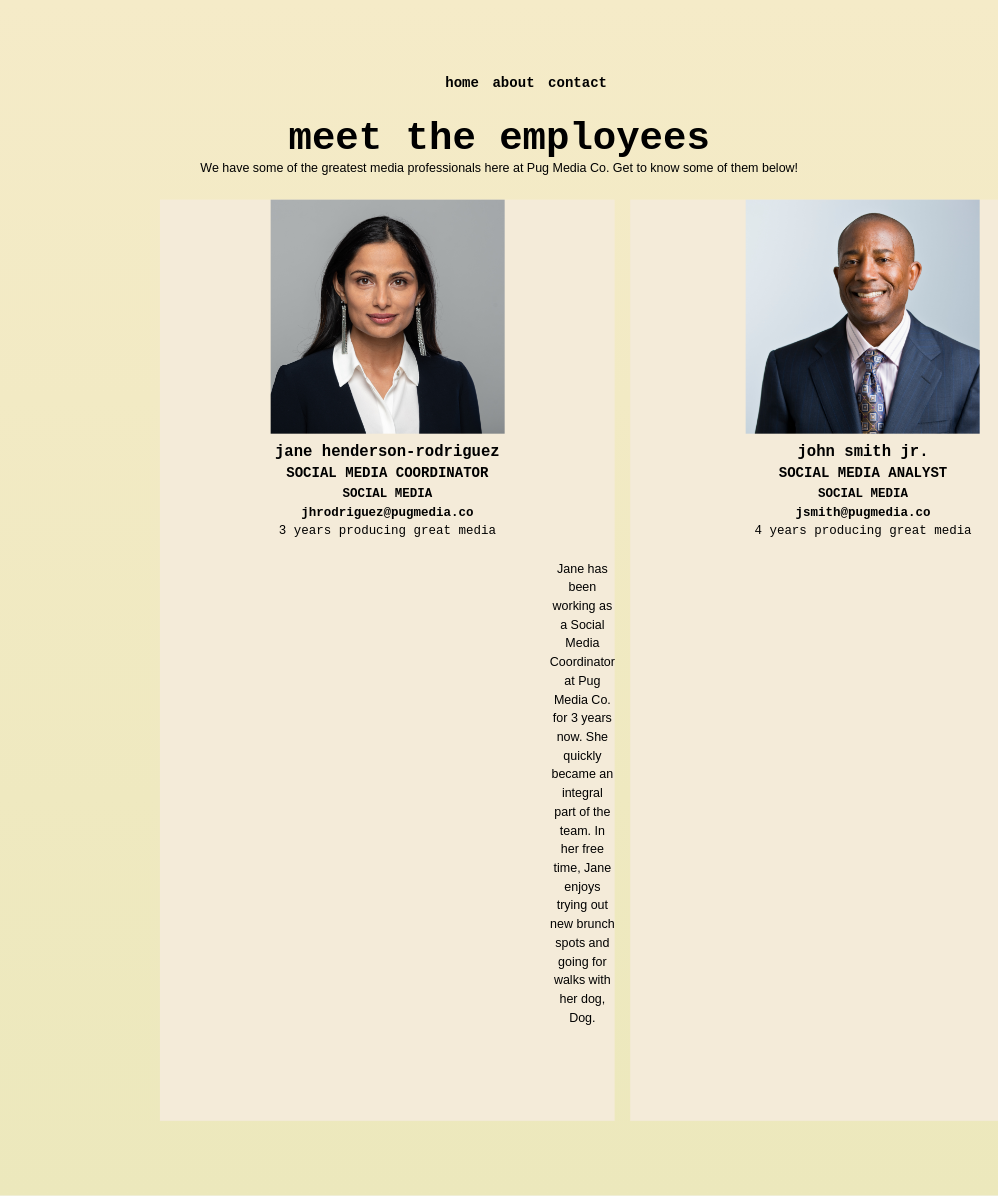
Repository: cheungglenda/MDIA2109-Week3
Page: /about
The author's editor kept a copy of each file at every save. The page is drawn from the files as they stood at one save, then again after the next save.
The browser window is 1280 px wide. The pictures show the whole page, at 78% of full size.
Pictures or frames that could not be fetched are drawn as grey boxes. The project was rebuilt for these pictures with package versions that can differ from the ones it lists, and the page was loaded fresh each time. The framework's server and built-in components were replaced by stand-ins that run in the browser. Also part of the build but not shown: next.config.js.

Above is the page before, as saved 2023-01-20 13:12:49.

After the next save:
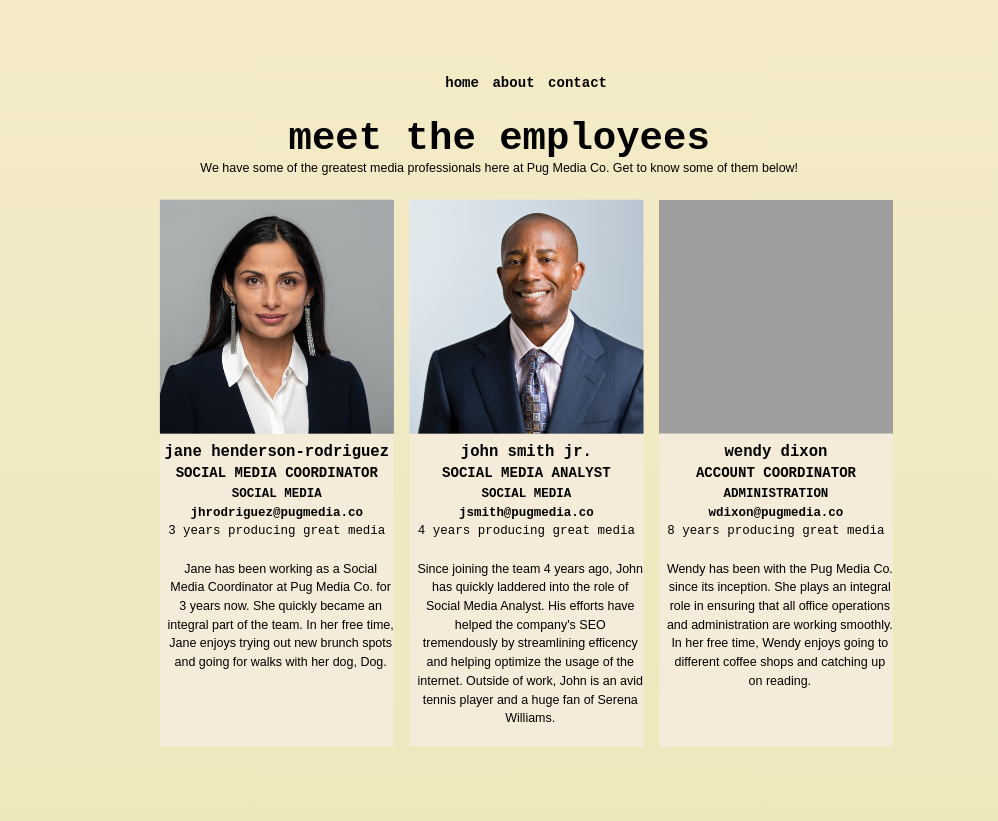
Saved 4 s later.
--- a/components/EmployeeCard/index.js
+++ b/components/EmployeeCard/index.js
@@ -25,7 +25,7 @@ export default function EmployeeCard({
             <h3 style={{fontFamily:"'Courier New', Courier, monospace", textTransform: "uppercase", fontSize: 16, fontweight:200}}>{department}</h3>
             <h3 style={{fontFamily:"'Courier New', Courier, monospace", textTransform: "lowercase", fontSize: 16, fontweight:500}}>{contact}</h3>
             <h4 style={{textTransform:"lowercase", fontSize:16, fontWeight:100}}>{yearsworked} years producing great media</h4><br></br>
-            <p style={{fontFamily: "Arial, Helvetica, sans-serif", marginLeft:"500px"}}>{description}</p><br></br>
+            <p style={{fontFamily: "Arial, Helvetica, sans-serif", marginLeft:"10px"}}>{description}</p><br></br>
         </div>
     )
 }
